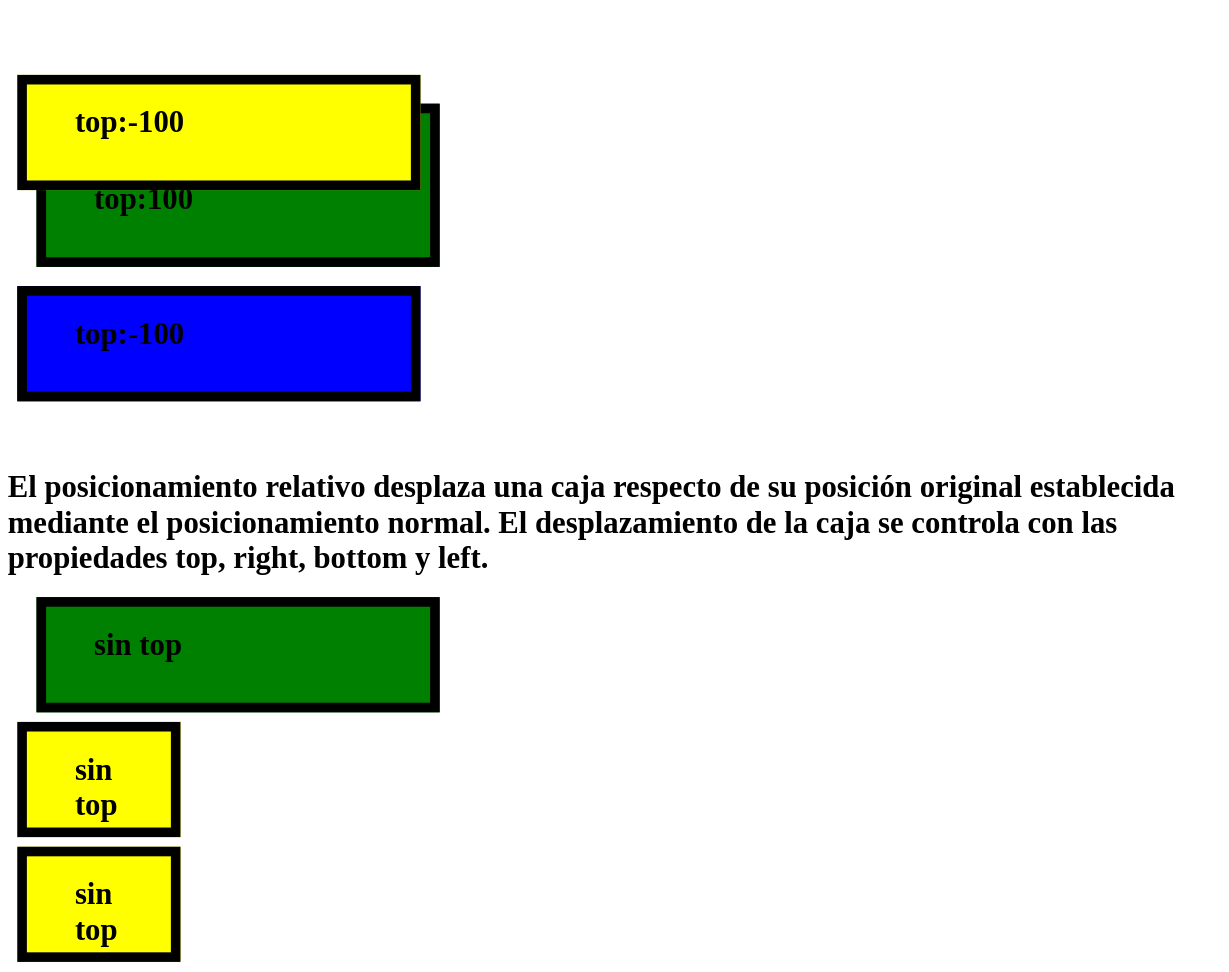
Repository: antonio63j/misNotas
Page: software/CSS/Demos/aptana_proyect/src/relativo.html
The author's editor kept a copy of each file at every save. The page is drawn from the files as they stood at one save, then again after the next save.
The browser window is 1280 px wide. The pictures show the whole page, at 96% of full size.

Above is the page before, as saved 2017-04-23 17:11:32.

### software/CSS/Demos/aptana_proyect/src/relativo.html
<!DOCTYPE html>
<html>
<head>
<style>

#caja1 {
  position:relative;
  top:100px;
  left:20px;
  width: 300px;
  height:100px;
  padding-left:  50px;
  padding-right: 50px;
  margin-left:   10px;
  margin-right:  10px;
  border: 10px solid black;
  padding-top: 50px;
  background-color:green;
}

#caja2 {
  position:relative;
  top:-100px;
  width: 300px;
  height:100px;
  padding-left:  50px;
  padding-right: 50px;
  margin-left:   10px;
  margin-right:  10px;
  border: 10px solid black;
  margin-bottom:50px;
  background-color:yellow;
}

#caja3 {
  position:relative;
  top:-50px;
  width: 300px;
  height:100px;
  padding-left:  50px;
  padding-right: 50px;
  margin-left:   10px;
  margin-right:  10px;
  border: 10px solid black;
  margin-bottom:10px;
  background-color: blue;
}

#caja11 {
  position:relative;
  left:20px;
  width: 300px;
  height:100px;
  padding-left:  50px;
  padding-right: 50px;
  margin-left:   10px;
  margin-right:  10px;
  border: 10px solid black;
  margin-bottom:10px;
  background-color:green;
}

#caja22 {
  position:relative;

  width: 50px;
  height:100px;
  padding-left:  50px;
  padding-right: 50px;
  margin-left:   10px;
  margin-right:  10px;
  border: 10px solid black;
  margin-bottom:10px;
  background-color:yellow;
}

#caja33 {
  position:relative;

  width: 50px;
  height:100px;
  padding-left:  50px;
  padding-right: 50px;
  margin-left:   10px;
  margin-right:  10px;
  border: 10px solid black;
  margin-bottom:10px;
  background-color:yellow;
}


</style>
</head>



<body>

<div id="caja1"><h1>top:100</h1></div>
<div id="caja2"><h1>top:-100</h1></div>
<div id="caja3"><h1>top:-100</h1></div>

<h1>El posicionamiento relativo desplaza una caja respecto de su posición original establecida mediante el posicionamiento normal. El desplazamiento de la caja se controla con las propiedades top, right, bottom y left.</h1>

<div id="caja11"><h1>sin top</h1></div>
<div id="caja22"><h1>sin top</h1></div>
<div id="caja33"><h1>sin top</h1></div>

</body>

</html>

After the next save:
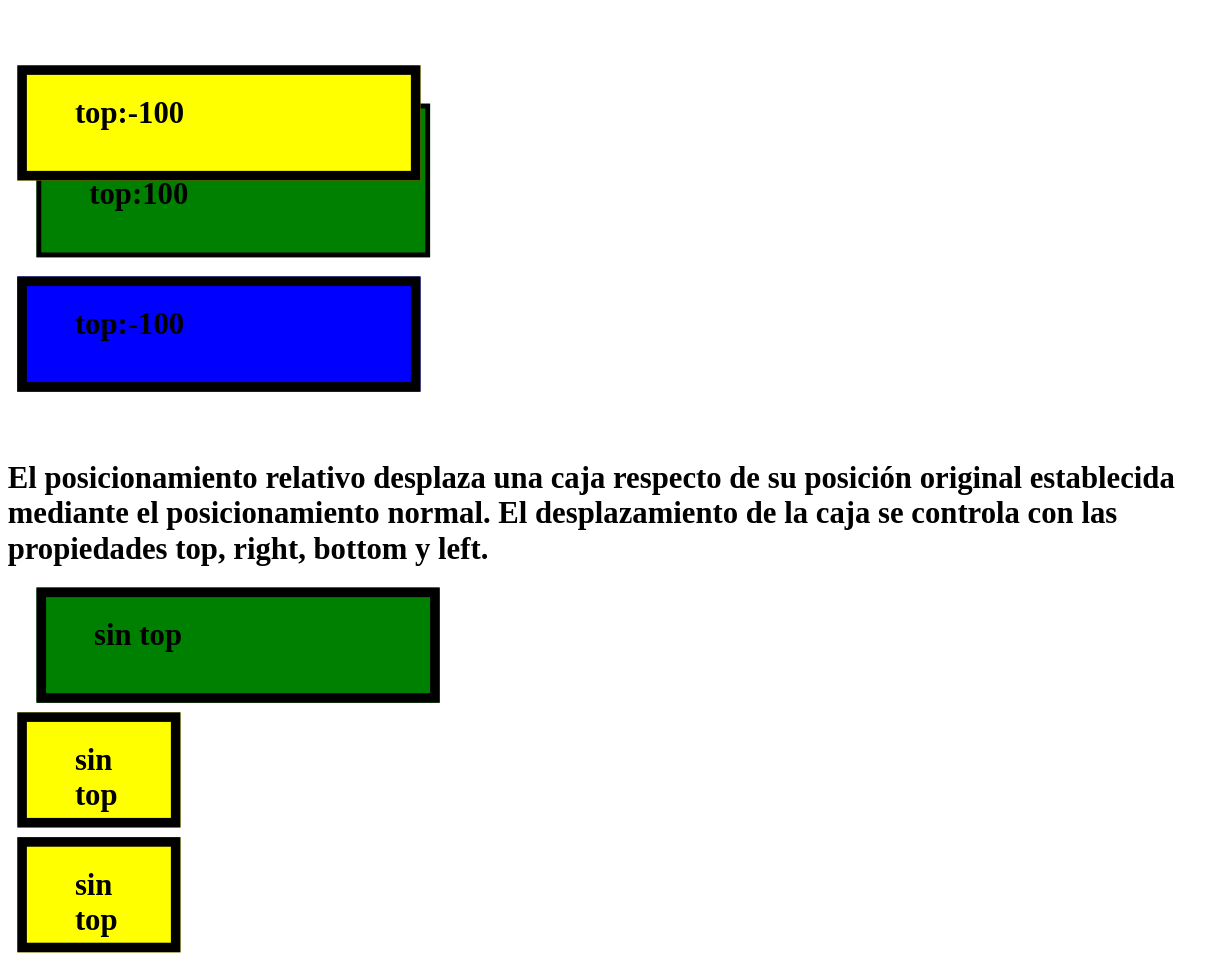
Saved 77 s later.
--- a/software/CSS/Demos/aptana_proyect/src/relativo.html
+++ b/software/CSS/Demos/aptana_proyect/src/relativo.html
@@ -13,7 +13,7 @@
   padding-right: 50px;
   margin-left:   10px;
   margin-right:  10px;
-  border: 10px solid black;
+  border: 5px solid black;
   padding-top: 50px;
   background-color:green;
 }
